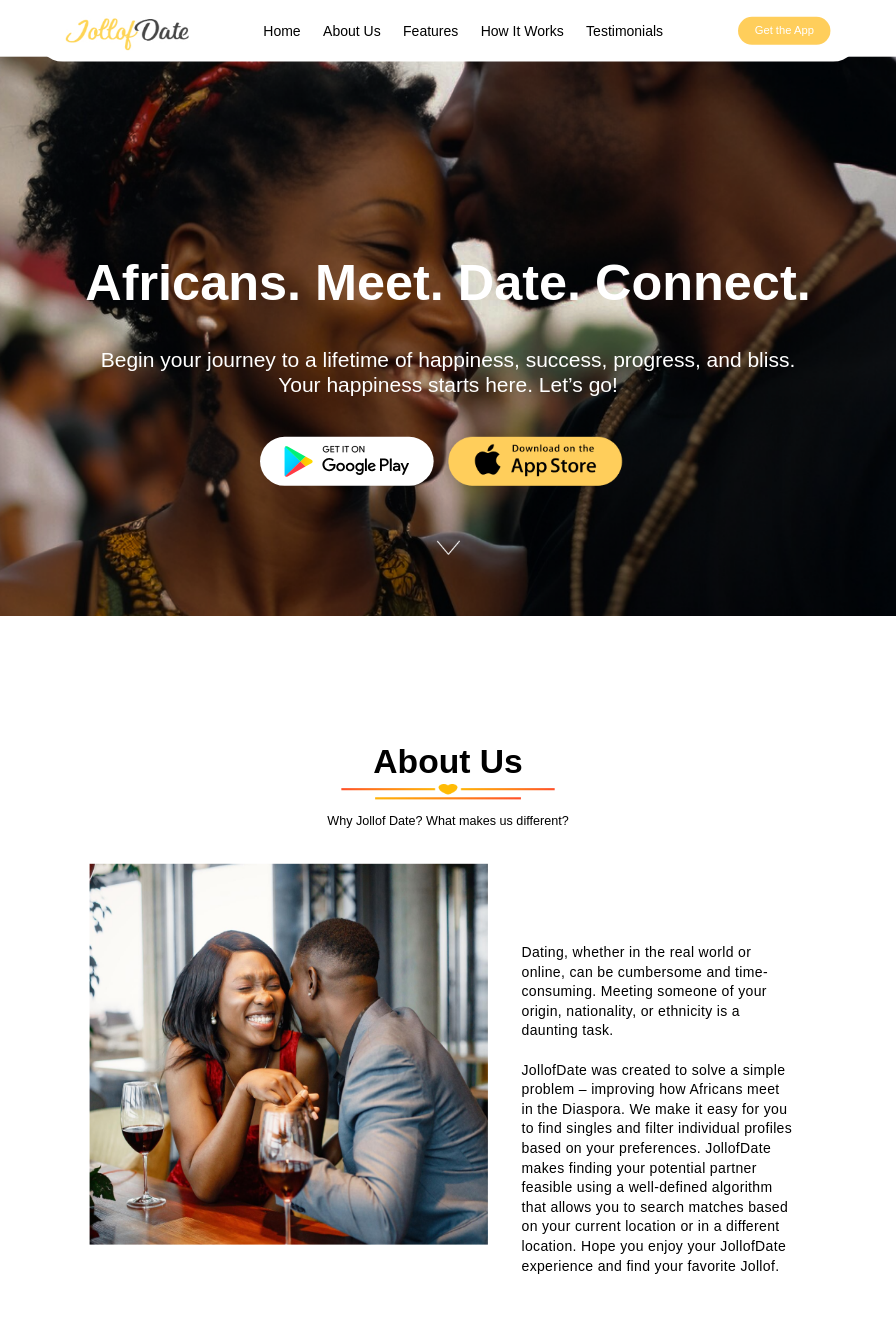
Repository: FarhanNasiru/jollofdate-frontend
Page: /
The author's editor kept a copy of each file at every save. The page is drawn from the files as they stood at one save, then again after the next save.
The browser window is 1280 px wide. The pictures show the part of the page from y = 0 to 1920 px (the page is 7432 px tall before and 7448 px after), at 70% of full size.
Some web fonts or font styles are not loaded; a fallback is used. The project was rebuilt for these pictures with package versions that can differ from the ones it lists, and the page was loaded fresh each time. Also part of the build but not shown: vite.config.js, src/Pages/Footer2.jsx, src/components/Header2.jsx, src/Pages/privacy.jsx, src/Pages/Term.jsx.

Above is the page before, as saved 2024-08-20 16:22:42.

After the next save:
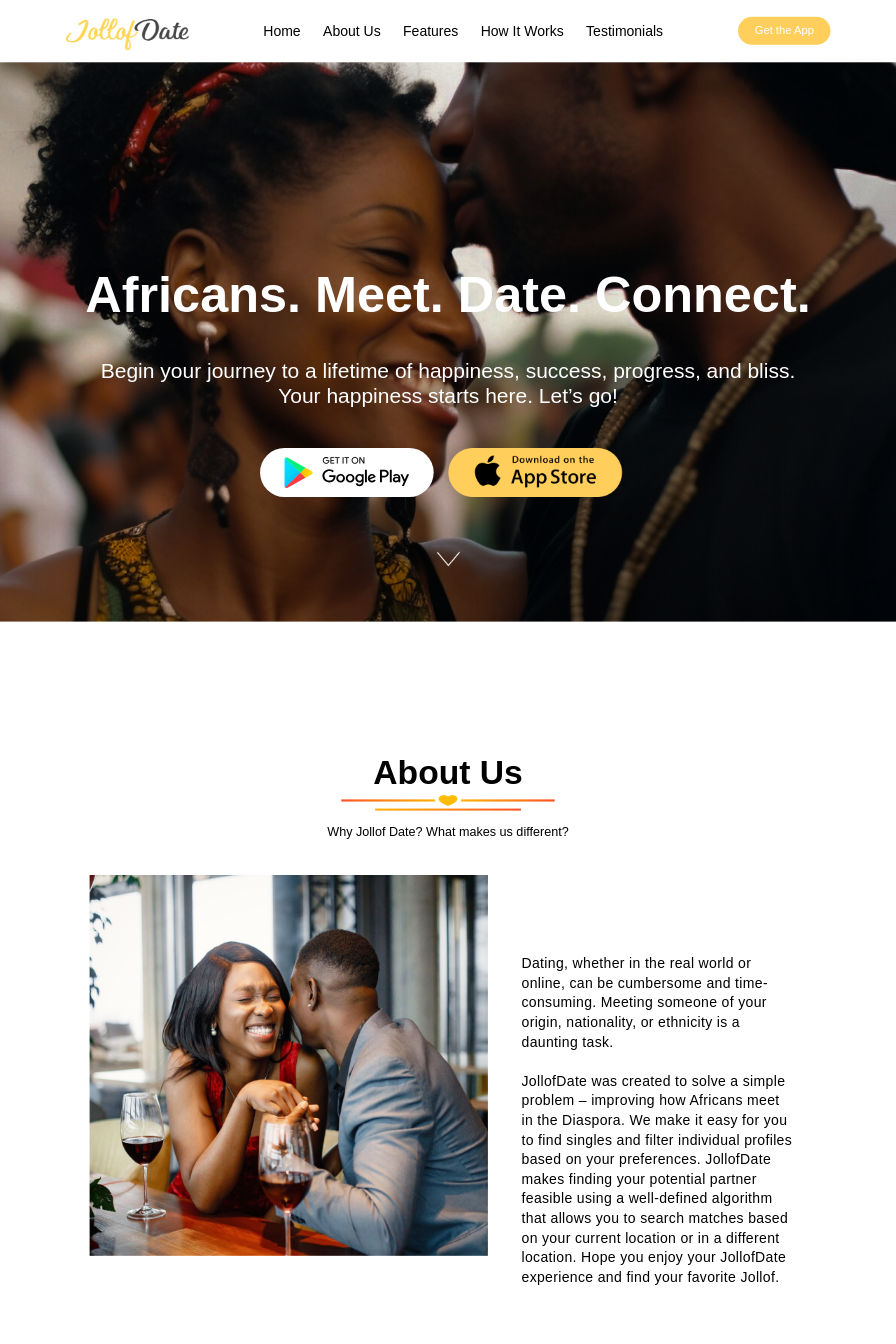
Saved 12 s later.
--- a/src/Pages/Home.jsx
+++ b/src/Pages/Home.jsx
@@ -16,7 +16,7 @@
         id="home"
         className="pl-8 pr-8 justify-center bg-center bg-no-repeat items-center w-full lg:pt-64 lg:pb-9 bg-[url('/Images/Home-bg.png')] h-auto"
       >
-        <h1 className="  text-wrap text-white text-7xl md:text-7xl  font-medium md:font-semibold text-center pt-28 pb-14 h-auto">
+        <h1 className="  text-wrap text-white text-7xl md:text-7xl  font-medium md:font-semibold text-center pt-32 pb-14 h-auto">
           Africans. Meet. Date. Connect.{" "}
         </h1>
         <p className=" text-2xl px-6 text-center text-white font-normal md:text-3xl">
